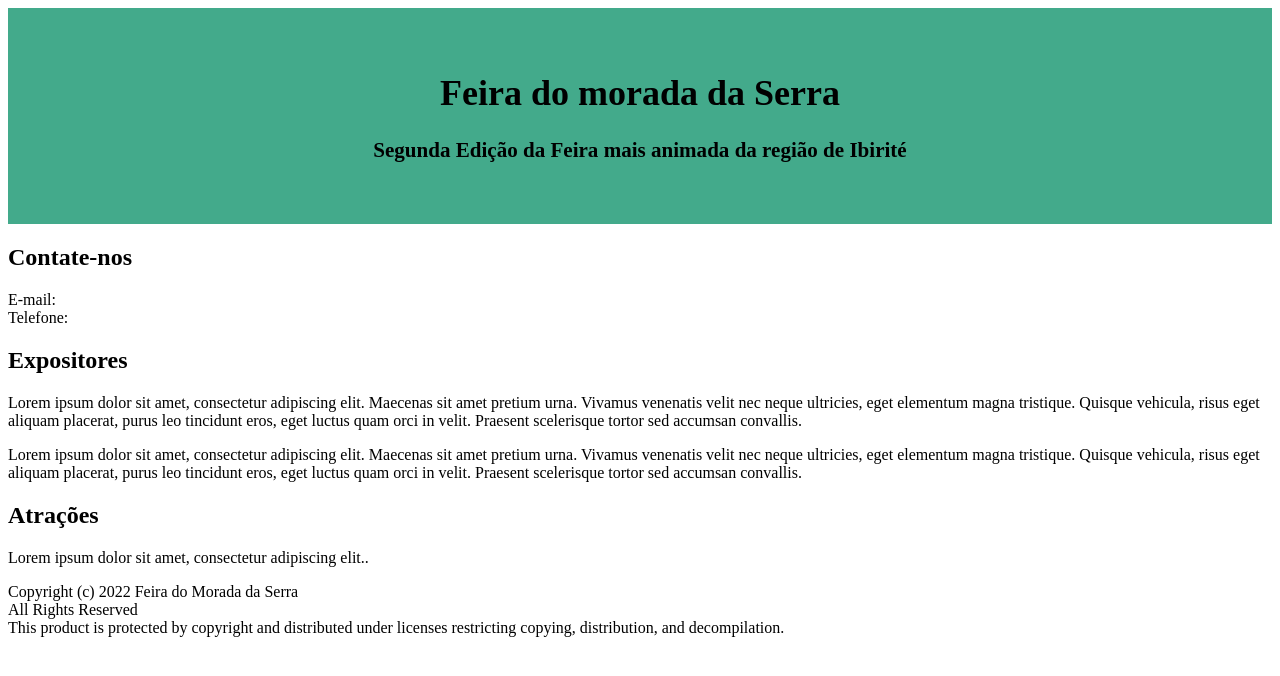
Repository: valerianogueirasilva/feiraibirite
Page: SoacialProject/Index.html
The author's editor kept a copy of each file at every save. The page is drawn from the files as they stood at one save, then again after the next save.
The browser window is 1280 px wide. The pictures show the whole page.

Above is the page before, as saved 2022-07-11 14:48:00.

After the next save:
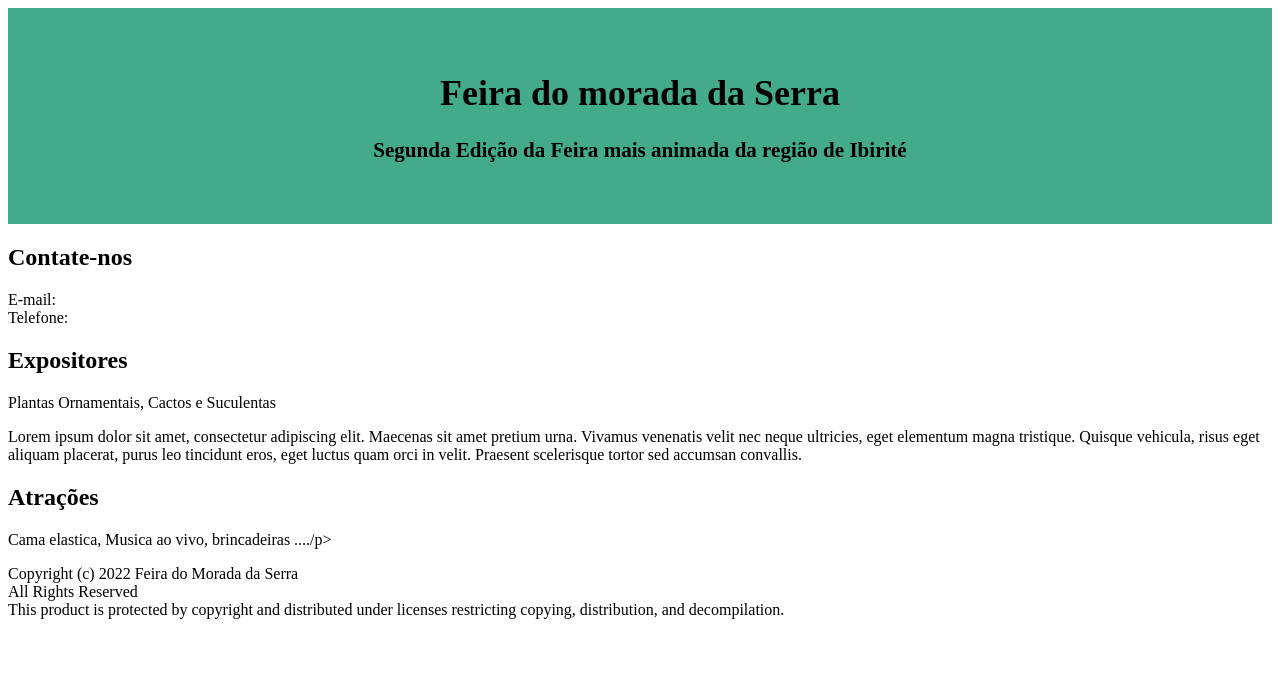
Saved 106 s later.
--- a/SoacialProject/Index.html
+++ b/SoacialProject/Index.html
@@ -20,13 +20,13 @@
 
   <div class="column middle">
     <h2>Expositores</h2>
-    <p>Lorem ipsum dolor sit amet, consectetur adipiscing elit. Maecenas sit amet pretium urna. Vivamus venenatis velit nec neque ultricies, eget elementum magna tristique. Quisque vehicula, risus eget aliquam placerat, purus leo tincidunt eros, eget luctus quam orci in velit. Praesent scelerisque tortor sed accumsan convallis.</p>
+    <p id="VerdeAmorId" class="VerdeAmorClass"> Plantas Ornamentais, Cactos e Suculentas</p>
     <p>Lorem ipsum dolor sit amet, consectetur adipiscing elit. Maecenas sit amet pretium urna. Vivamus venenatis velit nec neque ultricies, eget elementum magna tristique. Quisque vehicula, risus eget aliquam placerat, purus leo tincidunt eros, eget luctus quam orci in velit. Praesent scelerisque tortor sed accumsan convallis.</p>
   </div>
 
 <div class="column side">
     <h2>Atrações</h2>
-    <p>Lorem ipsum dolor sit amet, consectetur adipiscing elit..</p>
+    <p>Cama elastica, Musica ao vivo, brincadeiras ..../p>
   </div>
 </div
 
